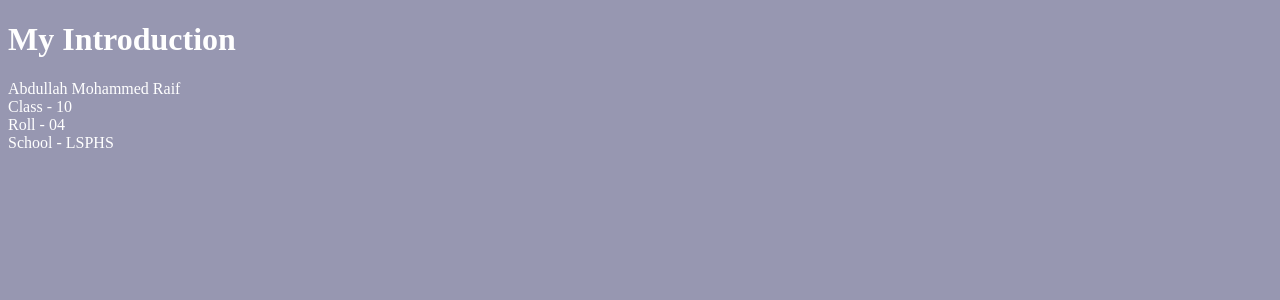
Repository: Raif-007/Portfolio
Page: index.html
An editor plug-in stored every save of this project. The page is shown before and after the next save, followed by the edit.
The browser window is 1280 px wide. The pictures show the whole page.

Above is the page before, as saved 2021-07-05 17:06:06.

### index.html
<!DOCTYPE html>
<html lang="en">

<head>
    <meta charset="UTF-8">
    <meta http-equiv="X-UA-Compatible" content="IE=edge">
    <meta name="viewport" content="width=device-width, initial-scale=1.0">
    <title>Portfolio</title>
    <link rel="stylesheet" href="styles.css">
</head>

<body>

    <h1>
        My Introduction
    </h1>
    <p>

        Abdullah Mohammed Raif
        <br> Class - 10
        <br> Roll - 04
        <br> School - LSPHS



    </p>
</body>

</html>

### styles.css
body {
    background-color: rgba(54, 54, 105, 0.514);
    color: #ffffff;
}

After the next save:
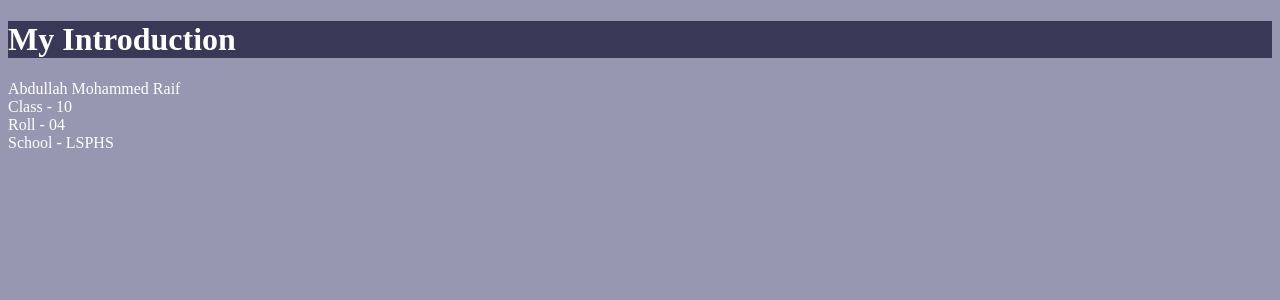
Saved 50 s later.
--- a/styles.css
+++ b/styles.css
@@ -2,3 +2,7 @@
     background-color: rgba(54, 54, 105, 0.514);
     color: #ffffff;
 }
+
+h1 {
+    background-color: rgba(25, 25, 56, 0.74);
+}
